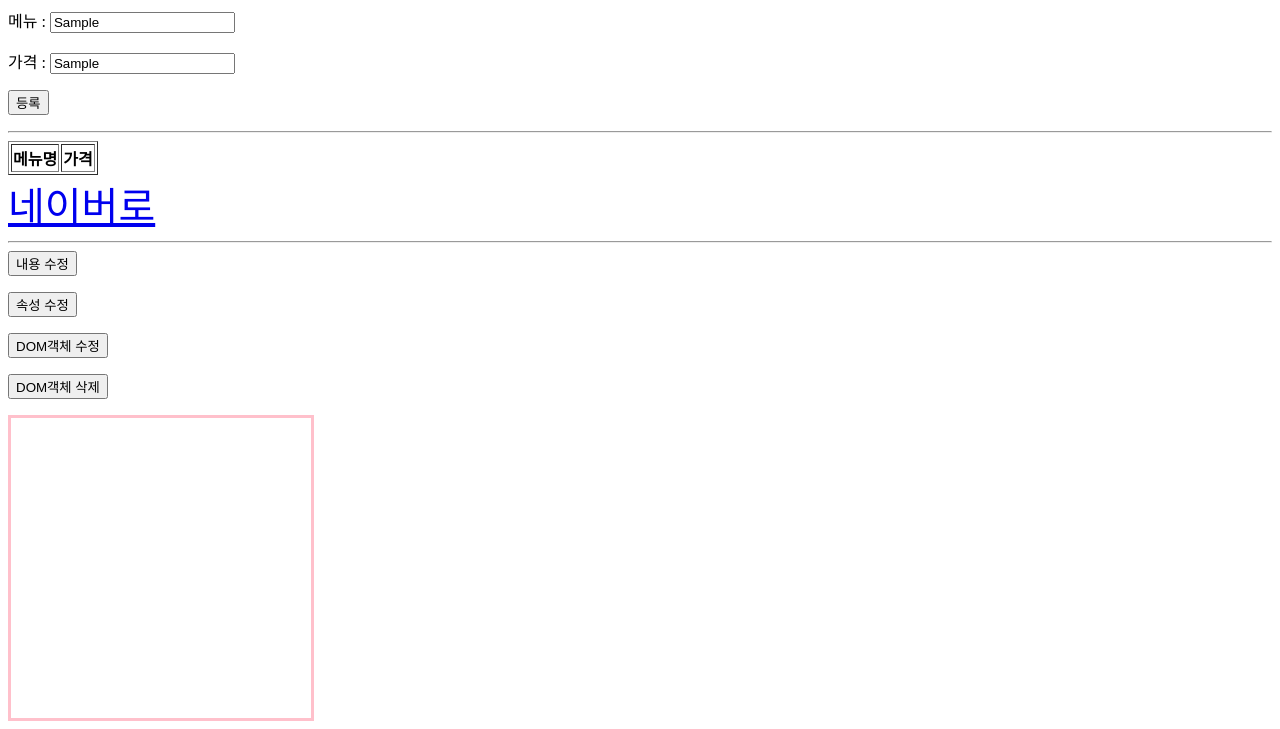
Repository: AgentHyun/FishDalle3
Page: Feb14_1_jQuery/WebContent/1_DOM.html
An editor plug-in stored every save of this project. The page is shown before and after the next save, followed by the edit.
The browser window is 1280 px wide. The pictures show the whole page.
Empty fields were first filled with sample values (such as "Sample", 5 or name@example.com).
After loading, the first visible `#regBtn` was clicked once.

Above is the page before, as saved 2025-02-14 02:07:05.

### Feb14_1_jQuery/WebContent/1_DOM.html
<!DOCTYPE html>
<html>
<head>
<meta charset="UTF-8">
<title>Insert title here</title>
<style type = "text/css">
 .t2{font-size : 30pt;}
 #t{background-color:pink; color : lightblue;}
 div {border : pink solid 3px; width : 300px; height : 300px;}

</style>
<script type = "text/javascript" src = "jQuery.js"></script>
<script type = "text/javascript">
$(function(){

	$("#b1").click(function()
			{
		alert('asdf');
		$("a").text("유튜브로");

		//text()의 소괄호 안에 값을 넣지 않으면
		//기존의 값을 가져오게 됨

		let t = $("a").text();

			});


		//$("a").html("<b>유튜브로</b>");
//		$("a").text("<b>유튜브로</b>");
//        <b>를 텍스트로 인식!

		//.html() 사용하면 새로운 html요소로 변경할 수 있음






	$("#b2").click(function(){


          $("a").attr("href", "https://www.youtube.com");


          // 이 a태그에 css를 주고 싶은데 a태그가 많다면
          // id도 부여할  수 있음
          $("a").attr("id", "t");

          // 속성 지우기
          $("a").removeAttr("class");



	});

     $("#b3").click(function()
    {

    	 //$("css선택자") : 있는 것을 선택
    	 // $("DOM객체") :  DOM 객체 생성
    	 //marquee DOM객체 추가하기

    	 let m = $("<marquee></marquee>").text("발렌타인데이 !");

    	 // behavior : 스크롤 방식 설정
    	 //    scroll : 한쪽 방향으로만 진행 (기본값)
    	 //    alternate : 왕복
    	 m.attr("behavior", "alternate");

    	 // direction : 스크롤방향 설정
    	 //    left(기본값), right, up, down

    	 m.attr("direction", "right");

    	 //요소 추가하기
    	 //기존 요소의 내부에 추가 - append, prepend
    	 $("div").append(m);
    	 //$("div").prepend(m);


    	 //기존 요소의 외부에 추가

    	 // remove() : DOM객체 + 그 하위 요소들을 전부 제거함
    	 // $("div").remove();


    	 //empty() : DOM객체의 하위 요소들을 제거
    	 $("#b4").click(function(){
    		$("div").empty();



    	 });











    }


     );





     $("#regBtn").click(function(){
    	 let m = $("#menu").val();
    	 let p = $("#price").val();

  	     let td1 = $("<td></td>").text(m);
  	   let td2 = $("<td></td>").text(p);
  		 let tr = $("<tr></tr>").append(td1, td2);

  	 });




});




</script>
</head>
<body>

메뉴 : <input id = "menu"> <p>
가격 : <input id = "price"> <p>
<button id = "regBtn">등록</button>
<hr>
<table border = "1">
<tr>
<th>메뉴명</th>

<th>가격</th>
</tr>


</table>



<a href = "https://www.naver.com" class = "t2">네이버로</a>
<hr>
<button id = "b1">내용 수정</button> <p>
<button id = "b2">속성 수정</button> <p>
<button id = "b3">DOM객체 수정</button> <p>
<button id = "b4">DOM객체 삭제</button> <p>
<div>




</div>

</body>
</html>

Loaded but not shown: Feb14_1_jQuery/WebContent/jQuery.js (library)

After the next save:
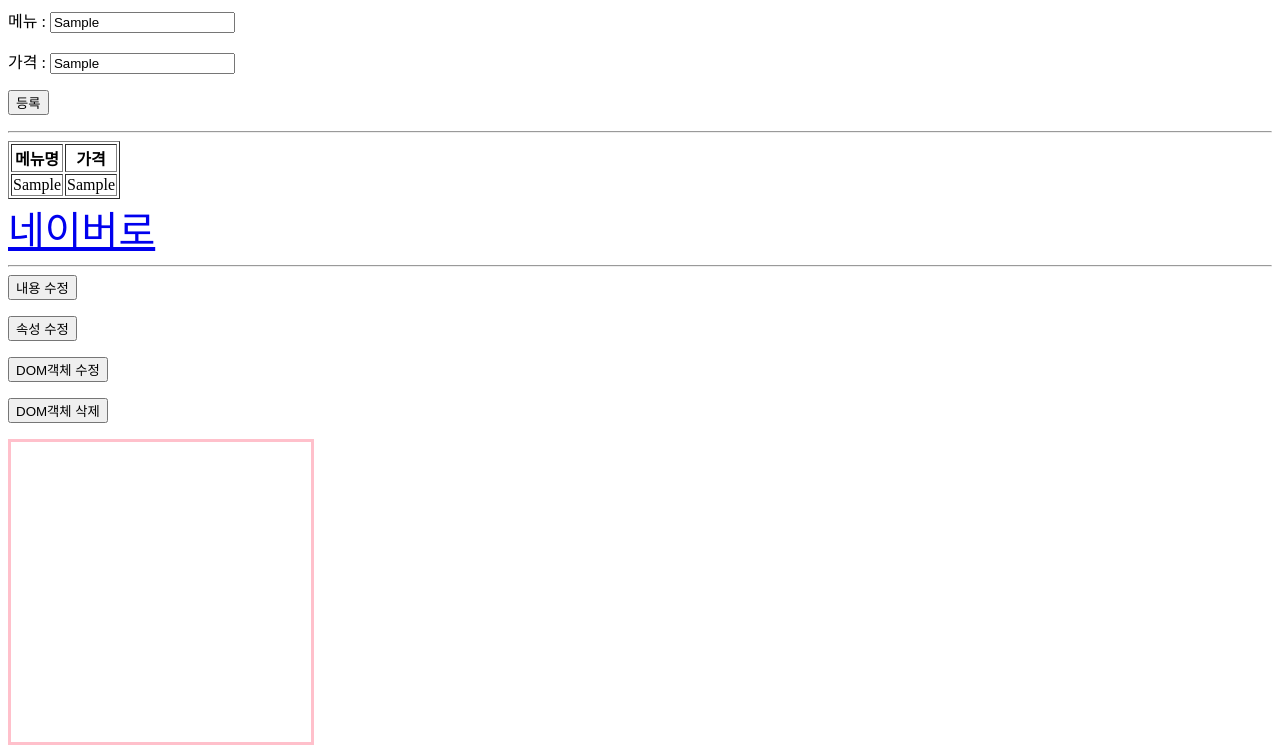
Saved 73 s later.
--- a/Feb14_1_jQuery/WebContent/1_DOM.html
+++ b/Feb14_1_jQuery/WebContent/1_DOM.html
@@ -120,6 +120,9 @@ $(function(){
   	   let td2 = $("<td></td>").text(p);
   		 let tr = $("<tr></tr>").append(td1, td2);
 
+
+  		 $("table").append(tr);
+
   	 });
 
 
